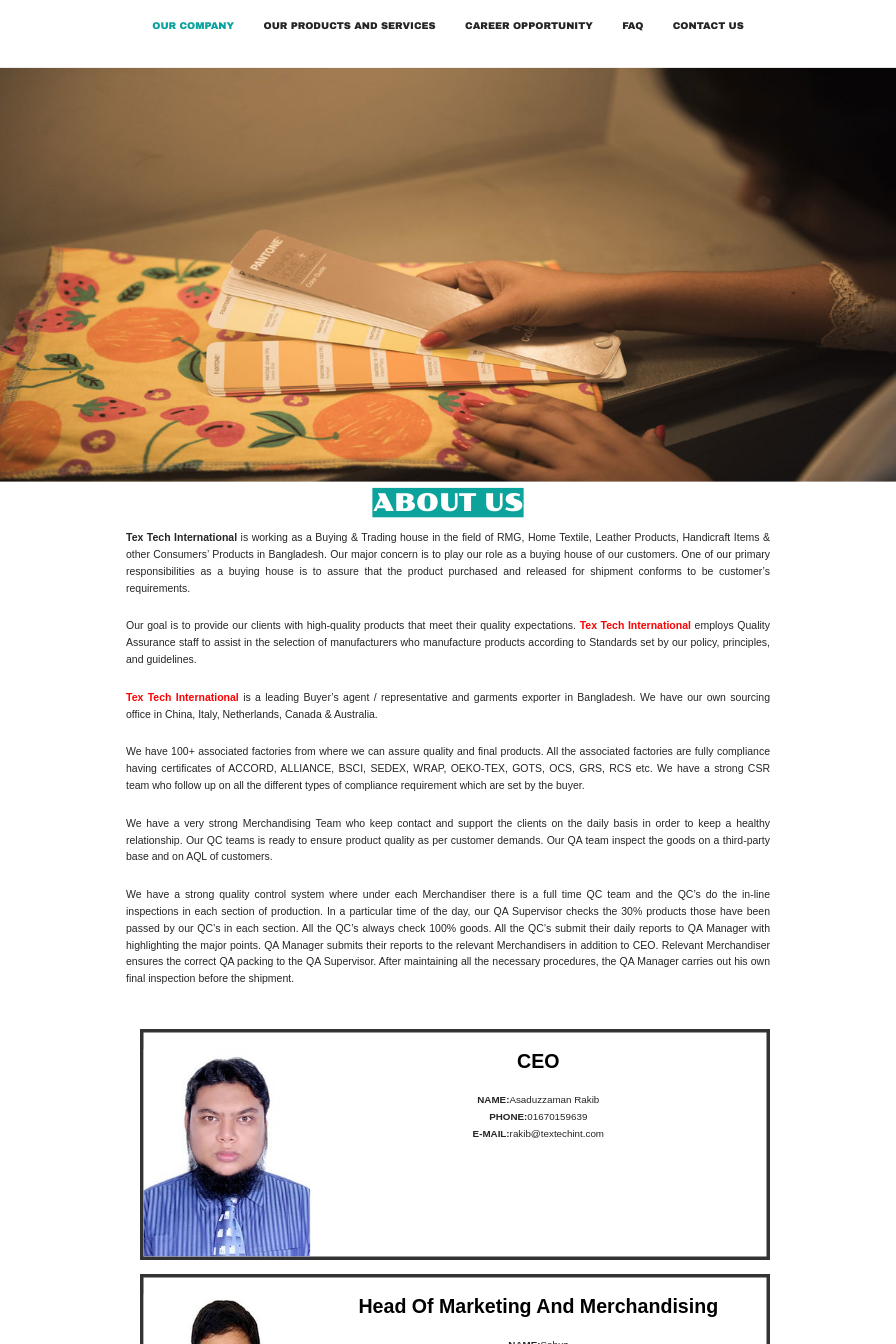
Repository: asifdotpy/textechint
Page: index.html
The author's editor kept a copy of each file at every save. The page is drawn from the files as they stood at one save, then again after a run of saves.
The browser window is 1280 px wide. The pictures show the part of the page from y = 0 to 1920 px (the page is 3359 px tall), at 70% of full size.

Above is the page before, as saved 2021-02-24 00:34:14.

### index.html
<!doctype html>
<html>
<head>
	<meta charset="UTF-8">
	<meta name="viewport" content="width=device-width, initial-scale=1.0">
	<title>Tex Tech International</title>
	<link rel="stylesheet" type="text/css" href="css/style.css">
	<link rel="stylesheet" type="text/css" href="css/mobile.css" media="screen and (max-width : 568px)">
	<script type="text/javascript" src="js/mobile.js"></script>
</head>
<body>
	<div id="header">
		<ul id="navigation">
			<li class="selected">
				<a href="index.html">our company</a>
			</li>
			<li>
				<a href="gallery.html">Our Products and services
				</a>
			</li>
			<li>
				<a href="about.html">career opportunity</a>
			</li>
			<li>
				<a href="blog.html">faq</a>
			</li>
			<li>
				<a href="contact.html">contact us</a>
			</li>
		</ul>
	</div>
	<div id="body">
		<div id="featured">
			<img src="images/featured.jpg" alt="">
		</div>
		<div class='intro'>
			<h1>About us</h1>
			<div class="main">
			<p><strong style="color: ;">Tex Tech International</strong> is working as a Buying & Trading house in the field of RMG, Home Textile, Leather Products, Handicraft Items & other Consumers’ Products in Bangladesh. Our major concern is to play our role as a buying house of our customers. One of our primary responsibilities as a buying house is to assure that the product purchased and released for shipment conforms to be customer’s requirements.</p>
			<p>Our goal is to provide our clients with high-quality products that meet their quality expectations.
				<strong style="color: red;">Tex Tech International</strong> employs Quality Assurance staff to assist in the selection of manufacturers who manufacture products according to Standards set by our policy, principles, and guidelines.</p>
			<p><strong style="color: red;">Tex Tech International</strong> is a leading Buyer’s agent / representative and garments exporter in Bangladesh. We have our own sourcing office in China, Italy, Netherlands, Canada & Australia.</p>
			<p>We have 100+ associated factories from where we can assure quality and final products. All the associated factories are fully compliance having certificates of ACCORD, ALLIANCE, BSCI, SEDEX, WRAP, OEKO-TEX, GOTS, OCS, GRS, RCS etc. We have a strong CSR team who follow up on all the different types of compliance requirement which are set by the buyer.</p>
			<p>We have a very strong Merchandising Team who keep contact and support the clients on the daily basis in order to keep a healthy relationship. Our QC teams is ready to ensure product quality as per customer demands. Our QA team inspect the goods on a third-party base and on AQL of customers.</p>
			<p>We have a strong quality control system where under each Merchandiser there is a full time QC team and the QC’s do the in-line inspections in each section of production. In a particular time of the day, our QA Supervisor checks the 30% products those have been passed by our QC’s in each section. All the QC’s always check 100% goods. All the QC’s submit their daily reports to QA Manager with highlighting the major points. QA Manager submits their reports to the relevant Merchandisers in addition to CEO. Relevant Merchandiser ensures the correct QA packing to the QA Supervisor. After maintaining all the necessary procedures, the QA Manager carries out his own final inspection before the shipment.</p>
			</p>
			</div>

		</div>

		<div class='heroes'>
		<ul>
			<div class="post-container">
				<div class="post-thumb"><img src="images/rakib.jpg" /></div>
				<div class="post-content">
					<h3 class="post-title">CEO</h3>
					<p><b>NAME:</b>Asaduzzaman Rakib</p>
					<p><b>PHONE:</b>01670159639</p>
					<p><b>E-MAIL:</b>rakib@textechint.com</p>
			   </div>
			</div>
			<div class="post-container">
				<div class="post-thumb"><img src="images/sabuz.jpg" /></div>
				<div class="post-content">
					<h3 class="post-title">Head Of Marketing And Merchandising</h3>
					<p><b>NAME:</b>Sabuz</p>
					<p><b>PHONE:</b>01xxxxxxxxxx</p>
					<p><b>E-MAIL:</b>sabuz@textechint.com</p>
			   </div>
			</div>
			<div class="post-container">
				<div class="post-thumb"><img src="images/monir.jpg" /></div>
				<div class="post-content">
					<h3 class="post-title">Head Of Finance And Accounts</h3>
					<p><b>NAME:</b>Monir</p>
					<p><b>PHONE:</b>01xxxxxxxxxx</p>
					<p><b>E-MAIL:</b>monir@textechint.com</p>
			   </div>
			</div>
			<div class="post-container">
				<div class="post-thumb"><img src="images/asif.jpg" /></div>
				<div class="post-content">
					<h3 class="post-title">Head Of IT</h3>
					<p><b>NAME:</b>Asif Iqbal</p>
					<p><b>PHONE:</b>01675259212</p>
					<p><b>E-MAIL:</b>asif@textechint.com</p>
			   </div>
			</div>
			<div class="post-container">
				<div class="post-thumb"><img src="images/apu.jpg" /></div>
				<div class="post-content">
					<h3 class="post-title">IT Executive</h3>
					<p><b>NAME:</b>Apu Chowdhury</p>
					<p><b>PHONE:</b>01635092636</p>
					<p><b>E-MAIL:</b>apu@textechint.com</p>
			   </div>
			</div>
		</ul>
		</div>
	</div>
	<div id="footer">
		<div>
			<p>&copy; Created by Asif and Apu. All rights reserved.</p>
			<ul>
				<li>
					<a href="http://freewebsitetemplates.com/go/twitter/" id="linkedin">linkedin</a>
				</li>
				<li>
					<a href="https://www.facebook.com/textechint" target="_blank" id="facebook">facebook</a>
			</ul>
		</div>
	</div>
</body>
</html>

### css/style.css
@font-face {
	font-family: 'poller_oneregular';
	src: url('../fonts/pollerone/pollerone-webfont.eot');
	src: url('../fonts/pollerone/pollerone-webfont.eot?#iefix') format('embedded-opentype'),
		 url('../fonts/pollerone/pollerone-webfont.woff') format('woff'),
		 url('../fonts/pollerone/pollerone-webfont.ttf') format('truetype'),
		 url('../fonts/pollerone/pollerone-webfont.svg#poller_oneregular') format('svg');
}
@font-face {
	font-family: 'leckerli_oneregular';
	src: url('../fonts/leckerlione/leckerlione-regular-webfont.eot');
	src: url('../fonts/leckerlione/leckerlione-regular-webfont.eot?#iefix') format('embedded-opentype'),
		 url('../fonts/leckerlione/leckerlione-regular-webfont.woff') format('woff'),
		 url('../fonts/leckerlione/leckerlione-regular-webfont.ttf') format('truetype'),
		 url('../fonts/leckerlione/leckerlione-regular-webfont.svg#leckerli_oneregular') format('svg');
}

body {
	background: #fff;
	font-family: Arial, Helvetica, sans-serif;
	font-size: 14px;
	font-weight: normal;
	line-height: 1;
	margin: 0;
	min-width: 960px;
	padding: 0;
}
p {
	color: #252525;
	line-height: 24px;
	margin: 0;
	padding: 0;
}
p a {
	color: #252525;
	text-decoration: underline;
}
p a:hover {
	color: #898989;
}
#header {
	margin: 0 auto;
	padding: 4px 0 50px;
	text-align: center;
	width: 960px;
}
#header a.logo {
	display: block;
	margin: 0 auto;
	padding: 0;
	width: 340px;
}
#header a.logo img {
	border: 0;
	display: block;
	margin: 0;
	padding: 0;
}
#header ul {
	margin: 0;
	padding: 25px 0 0;
}
#header ul li {
	display: inline;
	list-style: none;
	margin: 0;
	padding: 0 19px;
}
#header ul li a {
	color: #252525;
	display: inline-block;
	font-family: "Arial Black", Gadget, sans-serif;
	font-size: 14px;
	font-weight: normal;
	margin: 0;
	padding: 0 0 3px;
	text-decoration: none;
	text-transform: uppercase;
}
#header ul li a:hover, #header ul li.selected a {
	color: #0ba39c;
}
#body {
	margin: 0;
	padding: 0 0 30px;
	text-align: center;
}
#body h1 {
	color: #fff;
	display: inline;
	font-family: poller_oneregular;
	font-size: 35px;
	font-weight: normal;
	margin: 0;
	padding: 0;
	text-transform: uppercase;
}
#body h1 span {
	background: #252525;
	display: inline-block;
	padding: 15px 28px 12px;
}
#body > div {
	margin: 0 auto;
	padding: 0;
	width: 960px;
}
#body > div img {
	border: 0 auto;
	margin: 24px 0 0;
	padding: 0;
}
#body > div .article {
	margin: 0 auto;
	padding: 30px 30px 0;
	width: 560px;
}
#body > div .article h2 {
	font-family: "Arial Black", Gadget, sans-serif;
	font-size: 25px;
	font-weight: normal;
	margin: 0 0 30px;
}
#body > div .article h3 {
	color: #252525;
	line-height: 24px;
	margin: 0;
	padding: 0;
}
#body > div .article h4 {
	background: #252525;
	color: #fff;
	display: inline-block;
	font-family: "Arial Black", Gadget, sans-serif;
	font-size: 25px;
	font-weight: normal;
	margin: 0 0 30px;
	padding: 8px 27px 10px;
}
#body > div .article p {
	margin: 0 0 30px;
	text-align: justify;
}
#body div div ul {
	margin: 0;
	padding: 24px 10px 0;
	width: 940px;
	list-style-type: none;
}
#body div div ul li {
	border: 2px solid #1a1a1a;
	display: block;
	list-style: none;
	margin: 0 0 13px;
	overflow: hidden;
	padding: 0;
}
#body div ul li .figure {
	border-right: 2px solid #1a1a1a;
	float: left;
	margin: 0;
	padding: 0;
	width: 376px;
}
#body div ul li img {
	border: 0;
	display: block;
	margin: 0;
	padding: 0;
	opacity: 0.8;
	transition: 0.5s ease-in-out;
}
#body div ul li .figure:hover img {
	opacity: 1;
}
#body div ul li div {
	float: left;
	margin: 0;
	padding: 63px 0 20px;
	width: 558px;
}
#body div ul li div h3 {
	color: #252525;
	font-family: "Arial Black", Gadget, sans-serif;
	font-size: 25px;
	font-weight: normal;
	margin: 0;
	padding: 0;
	text-transform: uppercase;
}
#body div ul li div p {
	padding: 30px 30px 18px;
}
#body div ul li div a.more {
	background: #000;
	color: #fff;
	display: inline-block;
	font-family: "Arial Black", Gadget, sans-serif;
	font-size: 18px;
	font-weight: normal;
	margin: 0;
	padding: 8px 28px;
	text-decoration: none;
	text-transform: uppercase;
}
#body div ul li div a.more:hover {
	color: #252525;
	background: #fff;
	border: 2px solid #252525;
}
#body #featured {
	margin: 0 0 13px;
	padding: 0;
	position: relative;
	width: 100%;
}
#body #featured img {
	border: 0;
	display: block;
	margin: 0;
	padding: 0;
	width: 100%;
	height: auto;
}
#body #featured div {
	left: 50%;
	margin-left: -480px;
	margin-top: -171px;
	padding: 0 0 0 470px;
	position: absolute;
	top: 50%;
	text-align: left;
	width: 490px;
}
#body #featured div h2 {
	background: #fff;
	color: #000;
	display: inline-block;
	font-family: poller_oneregular;
	font-size: 20px;
	font-weight: normal;
	margin: 0 0 18px;
	padding: 23px 27px 20px;
	text-transform: uppercase;
}
#body #featured div span {
	background: #252525;
	color: #fff;
	display: inline-block;
	font-size: 20px;
	margin: 7px 0;
	padding: 12px 27px;
}
#body #featured div a {
	background: #0ba39c;
	color: #fff;
	display: inline-block;
	font-size: 16px;
	margin: 15px 0 0;
	padding: 26px 27px 22px;
	text-align: center;
	text-decoration: none;
	text-transform: uppercase;
}
#body #featured div a:hover {
	background: #1fc3bc;
}
#body > ul {
	margin: 0 auto;
	overflow: hidden;
	padding: 24px 0 0;
	width: 960px;
}
#body > ul li {
	display: block;
	float: left;
	margin: 0 10px 20px;
	padding: 0;
	width: 300px;
}
#body > ul li a {
	color: #000;
	display: block;
	font-family: poller_oneregular;
	font-size: 20px;
	font-weight: normal;
	margin: 0;
	padding: 0;
	text-align: center;
	text-decoration: none;
	text-transform: uppercase;
}
#body > ul li a img {
	border: 2px solid #1a1a1a;
	display: block;
	margin: 0;
	padding: 0;
	opacity: .8;
	transition: 0.5s ease-in-out;
}
#body > ul li a:hover img {
	opacity: 1;
}
#body > ul li a span {
	display: block;
	margin: 0;
	padding: 33px 0 0;
}
#body form {
	margin: 0 auto;
	padding: 24px 0 0;
	width: 620px;
}
#body form input, #body form textarea {
	border: 2px solid #252525;
	color: #252525;
	font-family: Arial, Helvetica, sans-serif;
	font-size: 15px;
	font-weight: normal;
	margin: 0 0 37px;
	padding: 20px 10px;
	text-align: center;
	text-transform: uppercase;
	width: 596px;
}
#body form textarea {
	height: 175px;
	overflow: auto;
	resize: none;
}
#body form #send {
	background: #252525;
	color: #fff;
	font-family: "Arial Black", Gadget, sans-serif;
	font-size: 15px;
	font-weight: normal;
	display: inline-block;
	padding: 20px 28px;
	width: auto;
}
#body form #send:hover {
	background: #fff;
	color: #252525;
	cursor: pointer;
}
#footer {
	background: #252525;
	margin: 0;
	padding: 36px 0 42px;
}
#footer div {
	margin: 0 auto;
	overflow: hidden;
	padding: 0;
	width: 960px;
}
#footer div p {
	color: #fff;
	float: left;
	line-height: 44px;
	margin: 0 0 0 10px;
	padding: 0;
}
#footer div ul {
	display: block;
	float: right;
	margin: 0;
	overflow: hidden;
	padding: 0;
	width: 256px;
}
#footer div ul li {
	display: block;
	float: left;
	list-style: none;
	margin: 0 10px;
	padding: 0;
	width: 44px;
}
#footer div ul li a {
	background: url(../images/icons.jpg) no-repeat 0 0;
	display: block;
	height: 44px;
	margin: 0;
	padding: 0;
	text-indent: -99999px;
	width: 44px;
}
#footer div ul li #linkedin {
	background-position: 0 0;
}
#footer div ul li #linkedin:hover {
	background-position: -44px 0;
}
#footer div ul li #facebook {
	background-position: 0 -44px;
}
#footer div ul li #facebook:hover {
	background-position: -44px -44px;
}

div .intro h1 {
	margin: 0px 50px;
	padding: 0px 50px;
	background-color: #0ba39c;
	text-decoration: #1a1a1a;
}

div .intro p {
	margin: 10px;
	padding: 10px;
}

div .main {
	font-size: 15px;
}



.post-container {
    margin: 20px 20px 0 0;
    border: 5px solid #333;
    overflow: auto
}
.post-thumb {
    float: left;
}
.post-thumb img {
    display: block;
}
.post-content {
    margin-left: 210px
}
.post-title {
    font-weight: bold;
    font-size: 200%
}

div .main {
	text-align: justify;
}

div .article

### js/mobile.js
window.onload = function(){
	var getNavi = document.getElementById('navigation');

	var mobile = document.createElement("span");
	mobile.setAttribute("id","mobile-navigation");
	getNavi.parentNode.insertBefore(mobile,getNavi);

	document.getElementById('mobile-navigation').onclick = function(){
		var a = getNavi.getAttribute('style');
		if(a){
			getNavi.removeAttribute('style');
			document.getElementById('mobile-navigation').style.backgroundImage='url(images/mobile-menu.png)';
		} else {
			getNavi.style.display='block';
			document.getElementById('mobile-navigation').style.backgroundImage='url(images/mobile-close.png)';
		}
	};
	var getElm = getNavi.getElementsByTagName("LI");
	for(var i=0;i<getElm.length;i++){
		if(getElm[i].children.length>1){
			var smenu = document.createElement("span");
			smenu.setAttribute("class","mobile-submenu");
			smenu.setAttribute("OnClick","submenu("+i+")");
			getElm[i].appendChild(smenu);
		};
	};
	submenu = function (i){
		var sub = getElm[i].children[1];
		var b = sub.getAttribute('style');
		if(b){
			sub.removeAttribute('style');
			getElm[i].lastChild.style.backgroundImage='url(images/mobile-expand.png)';
			getElm[i].lastChild.style.backgroundColor='rgba(11, 163, 156, 0.7)';
		} else {
			sub.style.display='block';
			getElm[i].lastChild.style.backgroundImage='url(images/mobile-collapse.png)';
			getElm[i].lastChild.style.backgroundColor='rgba(0,0,0,0.8)';
		}
	};
};

### css/mobile.css
body {
	min-width: 0;
}
#header {
	padding: 20px 0;
	position: relative;
	width: 100%;
}
#header a.logo {
	width: 80%;
}
#header a.logo img {
	width: 100%;
}
#mobile-navigation {
	background: url(../images/mobile-menu.png) no-repeat 0 0;
	display: block;
	height: 50px;
	margin: 30px auto 0;
	padding: 0;
	width: 50px;
}
#header ul {
	border: 1px solid #fff;
	display: none;
	left: 50%;
	margin-left: -45%;
	padding: 0;
	position: absolute;
	width: 90%;
	z-index: 1001;
}
#header ul li {
	border-top: 1px solid #fff;
	display: block;
	margin: 0;
	padding: 0;
	position: relative;
}
#header > ul > li:first-child {
	border: 0;
}
#header ul li a {
	background: rgba(11, 163, 156, 0.9);
	color: #fff;
	display: block;
	font-family: Arial, Helvetica, sans-serif;
	font-size: 16px;
	font-weight: normal;
	height: 49px;
	line-height: 49px;
	padding: 0 15px;
	text-align: left;
}
#header ul li a:hover, #header ul li.selected a {
	background: rgba(0, 0, 0, 0.9);
	color: #fff;
}
#header ul ul {
	display: none;
	border: 0;
	height: auto;
	left: 0;
	margin: 0;
	position: relative;
	width: 100%;
}
#header ul ul li a {
	text-indent: 15px;
}
#header ul li span {
	background: rgba(11, 163, 156, 0.9) url(../images/mobile-expand.png) no-repeat 0 0;
	border-left: 1px solid #fff;
	display: block;
	height: 49px;
	position: absolute;
	right: 0;
	top: 0;
	width: 50px;
}
#body {
	width: 100%;
}
#body h1 {
	display: block;
	font-size: 20px;
	margin: 0 auto;
	width: 90%;
}
#body h1 span {
	display: block;
	padding: 3%;
	width: 94%;
}
#body > div {
	padding: 0 5%;
	width: 90%;
}
#body > div img {
	margin: 24px 0 30px;
	width: 98%
}
#body > div .article {
	padding: 0;
	width: 100%;
}
#body > div .article h2, #body > div .article h4 {
	font-size: 18px;
	font-weight: bold;
}
#body #featured {
	overflow: hidden;
	margin: 0 0 20px
}
#body #featured img {
	min-width: 960px;
}
#body #featured div {
	left: 0;
	margin: 0;
	padding: 0 2%;
	position: absolute;
	top: 0;
	text-align: left;
	width: 96%;
}
#body #featured div h2 {
	font-size: 14px;
	font-weight: normal;
	margin: 50px 0 10px;
	padding: 8px 5px;
}
#body #featured div span {
	display: block;
	font-size: 14px;
	margin: 10px 0;
	padding: 10px;
}
#body #featured div a {
	font-size: 14px;
	margin: 5px 0 0;
	padding: 10px;
}
#body > ul {
	overflow: visible;
	padding: 0 5%;
	width: 90%;
}
#body ul.gallery {
	padding: 5% 0;
	overflow: hidden;
	width: 100%;
}
#body > ul li {
	float: none;
	margin: 0;
	width: 100%;
}
#body ul.gallery li {
	float: left;
	margin: 0 0 5% 5%;
	width: 42%;
}
#body > ul li a img {
	width: 98%;
}
#body > ul li a span {
	padding: 15px 0;
}
#body div ul {
	margin: 0;
	padding: 20px 0 0;
	width: 100%;
}
#body div ul li {
	overflow: visible;
	padding: 0 0 20px;
	width: 99%;
}
#body div ul li .figure {
	border: 0;
	display: block;
	float: none;
	margin: 0 0 20px;
	width: 100%;
}
#body div ul li .figure img {
	width: 100%;
}
#body div ul li div {
	float: none;
	padding: 0;
	width: 100%;
}
#body div ul li div a.more:hover {
	height: 14px;
	line-height: 14px;
}
#body form {
	width: 100%;
}
#body form input, #body form textarea {
	margin: 0 0 20px;
	padding: 10px;
	width: 84%;
}
#body form #send {
	padding: 10px;
}
#footer {
	padding: 10px 0 25px;
}
#footer div {
	overflow: visible;
	width: 100%;
}
#footer div p {
	float: none;
	margin: 0;
	text-align: center;
}
#footer div ul {
	float: none;
	margin: 0 auto;
	width: 256px;
}

After the next 2 saves:
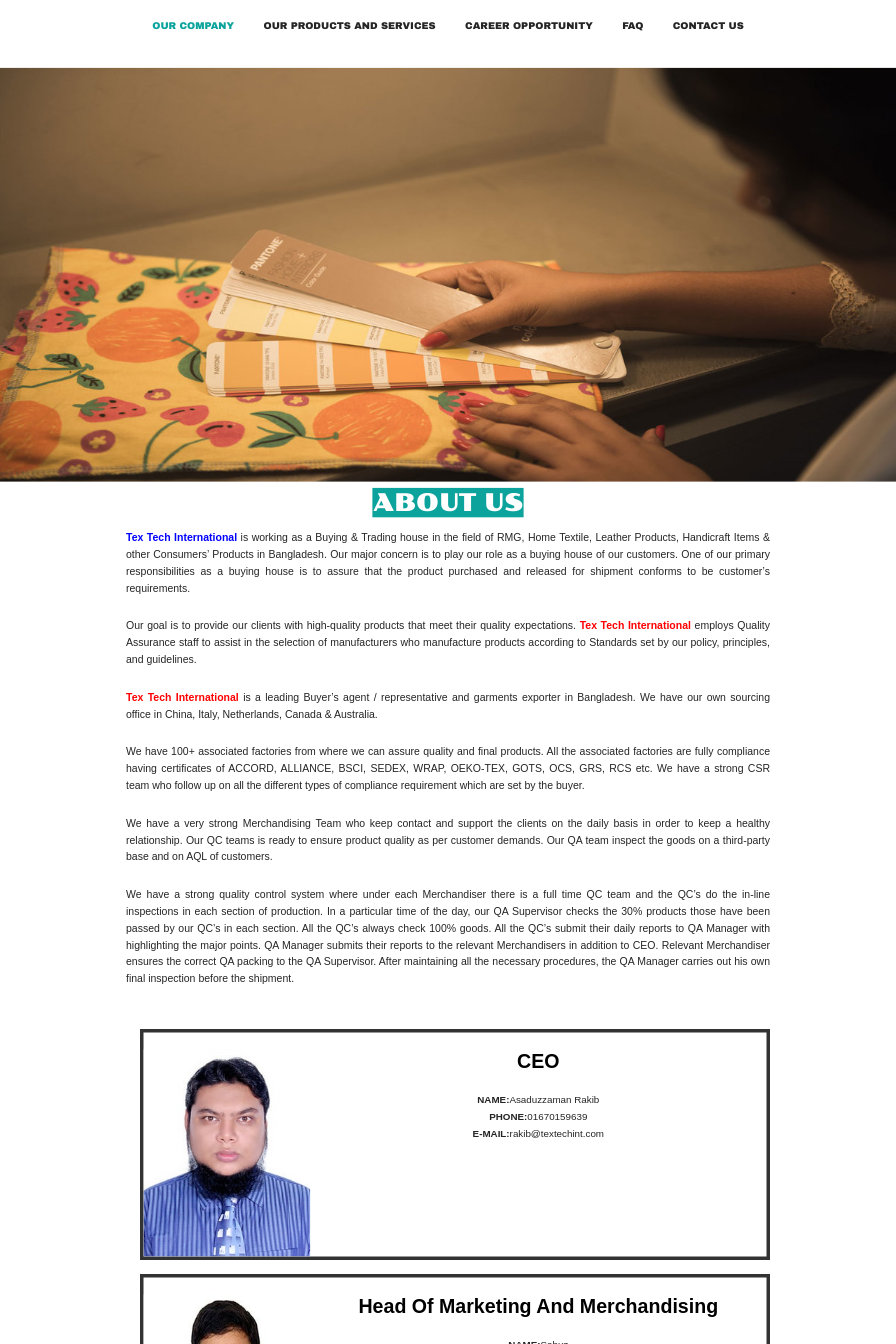
The 2 saves are shown as one change because they came seconds apart.
The last was saved 7 s later.
--- a/index.html
+++ b/index.html
@@ -36,7 +36,7 @@
 		<div class='intro'>
 			<h1>About us</h1>
 			<div class="main">
-			<p><strong style="color: ;">Tex Tech International</strong> is working as a Buying & Trading house in the field of RMG, Home Textile, Leather Products, Handicraft Items & other Consumers’ Products in Bangladesh. Our major concern is to play our role as a buying house of our customers. One of our primary responsibilities as a buying house is to assure that the product purchased and released for shipment conforms to be customer’s requirements.</p>
+			<p><strong style="color: blue;">Tex Tech International</strong> is working as a Buying & Trading house in the field of RMG, Home Textile, Leather Products, Handicraft Items & other Consumers’ Products in Bangladesh. Our major concern is to play our role as a buying house of our customers. One of our primary responsibilities as a buying house is to assure that the product purchased and released for shipment conforms to be customer’s requirements.</p>
 			<p>Our goal is to provide our clients with high-quality products that meet their quality expectations.
 				<strong style="color: red;">Tex Tech International</strong> employs Quality Assurance staff to assist in the selection of manufacturers who manufacture products according to Standards set by our policy, principles, and guidelines.</p>
 			<p><strong style="color: red;">Tex Tech International</strong> is a leading Buyer’s agent / representative and garments exporter in Bangladesh. We have our own sourcing office in China, Italy, Netherlands, Canada & Australia.</p>
